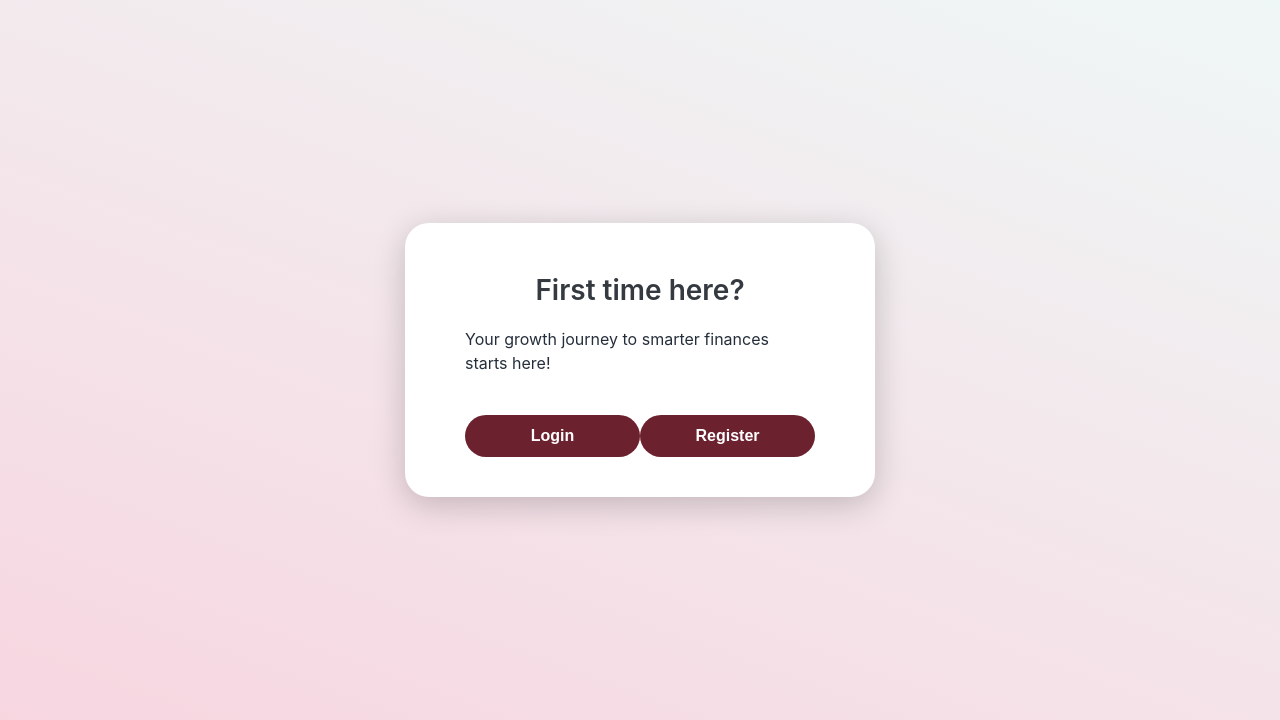
Repository: aab232/https---github.com-aab232-Deferred-Payment-Platform
Page: / (app in frontend/)
These files come from the project's save history. The page is drawn as it stood at one moment and after the next save; the edit follows.
The browser window is 1280 px wide. The pictures show the whole page.
The project was rebuilt for these pictures with package versions that can differ from the ones it lists, and the page was loaded fresh each time. Also part of the build but not shown: frontend/src/components/Register.js, frontend/src/components/Login.js, frontend/src/components/Main.js, frontend/src/components/BackButton.css, frontend/src/components/BackButton.js, frontend/src/components/Settings.js, frontend/src/components/Privacy.js, frontend/src/components/ContactUs.js and 12 more.

Above is the page before, as saved 2025-05-09 01:42:36.

### frontend/src/App.js
import React from 'react';
import { BrowserRouter as Router, Routes, Route } from 'react-router-dom';
import Home from './components/Home';
import Register from './components/Register';
import Login from './components/Login';
import Main from './components/Main';
import Settings from './components/Settings';
import Privacy from './components/Privacy';
import Contact from './components/ContactUs';
import FAQ from './components/FAQ';
import Dashboard from './components/Dashboard';
import LinkAccount from './components/LinkAccount';
import CreditHistory from './components/CreditHistory';
import Repayments from './components/Repayments';
import BufferBag from './components/BufferBag';

const App = () => {
  return (
    <Router>
      <Routes>
        <Route path="/" element={<Home />} />
        <Route path="/login" element={<Login />} />
        <Route path="/register" element={<Register />} />
        <Route path="/main" element={<Main />} />
        <Route path="/dashboard" element={<Dashboard />} />
        <Route path="/settings" element={<Settings />} />
        <Route path="/privacy" element={<Privacy />} />
        <Route path="/contact" element={<Contact />} />
        <Route path="/faq" element={<FAQ />} />
        <Route path="/link-account" element={<LinkAccount />} />
        <Route path="/credit-history" element={<CreditHistory />} />
        <Route path="/repayments" element={<Repayments />} />
        <Route path="/buffer-bag" element={<BufferBag />} />
      </Routes>
    </Router>
  );
};

export default App;

### frontend/src/components/Home.js
import React from 'react';
import { useNavigate } from 'react-router-dom';
import './Home.css';

const Home = () => {
  const navigate = useNavigate();

  return (
    <div className="container">
      <div className="card">
        <h1>First time here?</h1>
        <p>Your growth journey to smarter finances starts here!</p>
        <div className="button-group">
          <button onClick={() => navigate('/login')} className="btn">Login</button>
          <button onClick={() => navigate('/register')} className="btn">Register</button>
        </div>
      </div>
    </div>
  );
};

export default Home;

### frontend/src/components/Home.css
.container {
    display: flex;
    justify-content: center;
    align-items: center;
    height: 100vh; /* Full viewport height */
    background: linear-gradient(135deg, #252f3b, #252d3b); /* Elegant gradient */
  }

  .card {
    text-align: center;
    background: #fff;
    padding: 40px 60px;
    border-radius: 24px;
    box-shadow: 0 8px 32px rgba(0, 0, 0, 0.2);
    max-width: 350px;
    width: 100%;
  }

  h1 {
    margin-bottom: 16px;
    font-size: 28px;
    color: #252f3b;
  }

  p {
    margin-bottom: 32px;
    font-size: 16px;
    color: #555;
  }

  .button-group {
    display: flex;
    justify-content: space-between;
  }

  .btn {
    padding: 12px 24px;
    font-size: 16px;
    border: none;
    border-radius: 30px; /* Rounded buttons */
    cursor: pointer;
    transition: background 0.3s ease;
    color: white;
    background: #252f3b;
  }

  .btn:hover {
    background: #252f3b; /* Button hover effect */
  }

### frontend/src/components/Form.css
.container {
  display: flex;
  justify-content: center;
  align-items: center;
  height: 100vh;
  background: linear-gradient(200deg, #eff7f6, #F7D6E0);
}

.form-card {
  background: white;
  padding: 40px 60px;
  border-radius: 24px;
  box-shadow: 0 8px 32px rgba(0, 0, 0, 0.2);
  max-width: 400px;
  width: 100%;
  text-align: center;
}

h2 {
  color: #252f3b;
}

input {
  display: block;
  width: 100%;
  margin: 10px 0;
  padding: 12px;
  border: 1px solid #ddd;
  border-radius: 30px;
}

.btn {
  padding: 12px 24px;
  margin-top: 20px;
  border-radius: 30px;
  border: none;
  color: white;
  background: #6b212e;
  cursor: pointer;
}

.btn:hover {
  background: #a41b34;
}

.link {
  color: #6b212e;
  cursor: pointer;
}

### frontend/src/components/Main.css
.main-container {
  padding: 20px;
  font-family: -apple-system, BlinkMacSystemFont, 'Segoe UI', Roboto, Oxygen, Ubuntu, Cantarell, 'Open Sans', 'Helvetica Neue', sans-serif; /* Modern font stack */
  background-color: #f4f7f6;
  min-height: 100vh;
}

.taskbar {
  display: flex;
  justify-content: space-around;
  background: #e8a6ba;
  padding: 12px 10px;
  color: white;
  border-radius: 20px;
  margin-bottom: 30px;
  box-shadow: 0 2px 5px rgba(0, 0, 0, 0.1);
  flex-wrap: wrap;
  gap: 5px;
}

.tab {
  cursor: pointer;
  padding: 6px 12px;
  font-weight: 500;
  transition: background-color 0.2s ease, color 0.2s ease;
  white-space: nowrap;
}
.tab:hover {
    background-color: rgba(255, 255, 255, 0.15);
    border-radius: 15px;
}

.logout {
  color: #fff;
  font-weight: bold;
  background-color: #c82333;
  border-radius: 15px;
}
.logout:hover {
    background-color: #a41b34;
}

h1 {
    text-align: center;
    margin-top: 10px;
    margin-bottom: 25px;
    color: #252f3b;
    font-weight: 600;
}

.controls.filters {
  display: flex;
  gap: 20px;
  align-items: center;
  flex-wrap: wrap;
  padding: 18px 20px;
  background-color: #ffffff;
  border-radius: 12px;
  box-shadow: 0 1px 4px rgba(0, 0, 0, 0.08);
  margin-bottom: 35px;
}

.controls input[type="text"],
.controls select {
  padding: 10px 12px;
  border: 1px solid #d1d5db;
  border-radius: 6px;
  font-size: 14px;
  min-width: 150px;
}
.controls input[type="text"] {
    flex-grow: 1;
    max-width: 300px;
}
.controls select {
    cursor: pointer;
}

.price-filter {
  display: flex;
  align-items: center;
  gap: 10px;
  margin-left: auto;
}
.price-filter label {
    white-space: nowrap;
    color: #4a5568;
    font-size: 14px;
}
.price-filter input[type="range"] {
    cursor: pointer;
    width: 150px;
}

/* --- Content Area --- */
.content-area {
  padding: 0 5px;
}

/* --- Products Grid --- */
.products-container {
  display: grid;
  grid-template-columns: repeat(auto-fill, minmax(220px, 1fr));
  gap: 25px;
}

.product-card {
  border: 1px solid #e2e8f0;
  padding: 20px;
  cursor: pointer;
  background-color: white;
  border-radius: 12px;
  box-shadow: 0 2px 5px rgba(0,0,0,0.05);
  transition: transform 0.2s ease, box-shadow 0.2s ease;
  display: flex;
  flex-direction: column;
  justify-content: space-between;
  min-height: 150px;
}

.product-card:hover {
  transform: translateY(-4px);
  box-shadow: 0 5px 15px rgba(0,0,0,0.1);
}

.product-title {
    font-size: 1.05em;
    font-weight: 600;
    margin: 0 0 10px 0;
    color: #1e293b;
    line-height: 1.3;
    min-height: 2.6em;
    /* --- Text Truncation --- */
    overflow: hidden;
    text-overflow: ellipsis;
    /* -- Non-standard method (needed for multi-line) -- */
    display: -webkit-box;
    -webkit-line-clamp: 2;
    -webkit-box-orient: vertical;
    /* -- Standard property (Added this) -- */
    line-clamp: 2;
    /* --- -------------------- --- */
}


.product-price {
    font-weight: bold;
    color: #dd819a;
    font-size: 1.1em;
    margin: auto 0 0 0;
    padding-top: 10px;
    align-self: flex-start;
}


/* --- Load More Button --- */
.load-more-button {
    display: block;
    margin: 40px auto;
    padding: 12px 30px;
    font-size: 1em;
    font-weight: 500;
    cursor: pointer;
    background-color: #e8a6ba;
    color: white;
    border: none;
    border-radius: 8px;
    transition: background-color 0.2s ease, transform 0.1s ease;
}
.load-more-button:hover:not(:disabled) {
    background-color: #d190a4;
    transform: translateY(-1px);
}
.load-more-button:disabled {
    background-color: #e9ecef;
    color: #adb5bd;
    cursor: not-allowed;
    transform: none;
}

/* --- Modal Styles --- */
.product-modal-backdrop {
  position: fixed; top: 0; left: 0; width: 100%; height: 100%;
  background: rgba(0, 0, 0, 0.65);
  display: flex; justify-content: center; align-items: center;
  z-index: 1050; cursor: pointer; padding: 20px; box-sizing: border-box;
  animation: fadeIn 0.3s ease-out forwards;
}

.modal-content {
  background: white;
  padding: 30px 35px;
  max-width: 550px; width: 100%;
  border-radius: 16px;
  position: relative; cursor: default; box-shadow: 0 8px 30px rgba(0,0,0,0.25);
  max-height: 90vh; overflow-y: auto;
  text-align: center;
   animation: slideIn 0.4s ease-out forwards;
   opacity: 0;
   transform: translateY(-20px);
}

/* Keyframe animations */
@keyframes fadeIn { from { opacity: 0; } to { opacity: 1; } }
@keyframes slideIn { from { opacity: 0; transform: translateY(-20px); } to { opacity: 1; transform: translateY(0); } }


.close-button {
  cursor: pointer;
  font-size: 2em;
  position: absolute;
  top: 10px; right: 15px;
  color: #adb5bd; background: none;
  border: none;
  line-height: 1;
  padding: 0;
  transition: color 0.2s ease;
}
.close-button:hover { color: #343a40; }

.modal-content h2 { margin-top: 0; margin-bottom: 15px; color: #1e293b; font-size: 1.6em;}
.modal-price { font-size: 1.4em; font-weight: bold; color: #dd819a; margin-bottom: 25px;}

/* Modal Action Button Base Style */
.modal-action-button {
    margin: 8px 5px;
    display: inline-block; padding: 12px 25px;
    font-size: 1em; font-weight: 500;
    border: none; border-radius: 8px;
    cursor: pointer; text-decoration: none; color: white;
    transition: background-color 0.2s ease, opacity 0.2s ease, transform 0.1s ease;
    min-width: 140px;
    text-align: center;
}
.modal-action-button:hover:not(:disabled) {
     transform: translateY(-1px);
     filter: brightness(1.1);
}
.modal-action-button:disabled {
    background-color: #cccccc !important;
    color: #777 !important;
    cursor: not-allowed;
    opacity: 0.6;
}

/* Specific Button Styles */
.bnpl-button { background-color: #e8a6ba; color: #333; font-weight: 600; }
.bnpl-button:hover:not(:disabled) { background-color: #e8a6ba; }

.add-basket-button { background-color: #6c757d; }
.add-basket-button:hover:not(:disabled) { background-color: #5a6268; }

.proceed-button { background-color: #0f5132; display: block; margin: 20px auto 10px auto; }
.proceed-button:hover:not(:disabled) { background-color: #0f5132; }


/* BNPL Section & Results */
.bnpl-section { margin-top: 25px; padding-top: 20px; border-top: 1px solid #eee; }

.assessment-status { font-style: italic; color: #666; margin-top: 15px; min-height: 1.5em; /* Prevent layout shift */}

.assessment-error {
    color: #842029; font-weight: 500; margin-top: 15px;
    border: 1px solid #f5c2c7; background-color: #f8d7da;
    padding: 12px; border-radius: 6px;
}

.assessment-results { margin-top: 15px; padding: 18px; background-color: #ffc8d8; border: 1px solid #ffc8d8; border-radius: 8px; text-align: left; } /* Light blue background */
.assessment-results h4 { margin-top: 0; margin-bottom: 15px; color: #333; text-align: center; font-size: 1.1em;} /* Darker blue heading */
.assessment-approved { color: #0f5132; font-weight: bold; margin-bottom: 10px; font-size: 1.05em; text-align: center;} /* Green for approved */
.assessment-partial { color: #664d03; font-weight: 500; margin-bottom: 10px; background-color: #fff3cd; border: 1px solid #ffe69c; padding: 10px; border-radius: 6px;} /* Yellow warning style */
.term-selection { display: flex; justify-content: center; gap: 10px; margin: 15px 0 20px 0; flex-wrap: wrap; }
.term-button { padding: 8px 16px; cursor: pointer; border: 1px solid #ced4da; border-radius: 20px; background-color: #bcbcbc; transition: all 0.2s ease; font-size: 0.95em; }
.term-button:hover { background-color: #e8a6ba; border-color: #bbb; }
.term-button.selected { background-color: #e8a6ba; color: #333; border-color: #e8a6ba; font-weight: bold; transform: scale(1.05); } /* Highlight selected */
.assessment-note { font-size: 0.9em; color: #6c757d; margin-top: 20px; text-align: center; }
.link-lookalike { color: #0d6efd; text-decoration: underline; cursor: pointer; }
.link-lookalike:hover { color: #0a58ca; }


@media (max-width: 768px) {
    .controls.filters {
      flex-direction: column;
      align-items: stretch;
    }

    .price-filter {
      margin-left: 0;
      width: 100%;
    }

    .price-filter input[type="range"] {
      width: auto;
      flex-grow: 1;
    }

    .products-container {
      grid-template-columns: repeat(auto-fill, minmax(180px, 1fr));
      gap: 15px;
    }

    .product-card {
      padding: 15px;
    }

    .modal-content {
      padding: 25px 20px;
    }
}

@media (max-width: 480px) {
    .products-container {
      grid-template-columns: 1fr;
    }

    .taskbar {
      flex-wrap: wrap;
      justify-content: center;
      gap: 5px;
      padding: 10px 5px;
    }

    .tab {
      padding: 4px 8px;
      font-size: 0.9em;
    }

    .modal-content h2 {
      font-size: 1.4em;
    }

    .modal-price {
      font-size: 1.2em;
    }

    .modal-action-button {
      width: 100%;
      margin: 6px 0;
    }

    .term-selection {
      gap: 8px;
    }

    .term-button {
      padding: 6px 12px;
      font-size: 0.9em;
    }
}

### frontend/src/components/Settings.css
.settings-container {
  display: flex;
  flex-direction: column;
  align-items: center;
  padding: 40px 20px;
  background: #f8f9fa;
  min-height: 100vh;
}

h1 {
  color: #343a40;
  margin-bottom: 20px;
}

.menu {
  display: flex;
  gap: 20px;
  margin-bottom: 40px;
}

.menu button {
  padding: 10px 20px;
  border: none;
  border-radius: 8px;
  cursor: pointer;
  transition: background 0.3s ease;
  font-weight: bold;
  background: #007bff;
  color: white;
}

.menu .danger {
  background: #dc3545;
}

.menu button:hover {
  opacity: 0.8;
}

/* Dropdown styling */
.dropdown {
  display: flex;
  flex-direction: column;
  gap: 10px;
  margin-top: 20px;
}

.dropdown button {
  padding: 8px 16px;
  border: none;
  border-radius: 8px;
  background: #6c757d;
  color: white;
  cursor: pointer;
  transition: background 0.3s ease;
}

.dropdown button:hover {
  background: #495057;
}

/* Section Styling */
.section {
  width: 100%;
  max-width: 600px;
  background: white;
  padding: 30px;
  border-radius: 16px;
  box-shadow: 0 8px 24px rgba(0, 0, 0, 0.1);
  margin-top: 20px;
}

h2 {
  color: #495057;
  margin-bottom: 20px;
}

input {
  width: 100%;
  padding: 12px;
  margin-bottom: 15px;
  border: 1px solid #ced4da;
  border-radius: 8px;
  font-size: 14px;
}

button {
  padding: 12px 20px;
  border: none;
  border-radius: 8px;
  cursor: pointer;
  background: #28a745;
  color: white;
  font-weight: bold;
}

button:hover {
  opacity: 0.9;
}

.info {
  margin-top: 20px;
  color: #6c757d;
}

### frontend/src/components/Privacy.css
.container {
    display: flex;
    justify-content: center;
    align-items: center;
    height: 100vh;
    background: linear-gradient(200deg, #eff7f6, #F7D6E0);
  }

  .form-card {
    background: white;
    padding: 40px 60px;
    border-radius: 24px;
    box-shadow: 0 8px 32px rgba(0, 0, 0, 0.2);
    max-width: 400px;
    width: 100%;
  }

  h2 {
    color: #252f3b;
    font-size: 24px;
    margin-bottom: 20px;
  }

  p {
    color: #252f3b;
    font-size: 16px;
    line-height: 1.5;
    margin-bottom: 20px;
    text-align: left;
  }

  .btn {
    padding: 12px 24px;
    margin-top: 20px;
    border-radius: 30px;
    border: none;
    color: white;
    background: #6b212e;
    cursor: pointer;
    width: 100%;
  }

  .btn:hover {
    background: #a41b34;
  }

  .link {
    color: #6b212e;
    cursor: pointer;
    text-decoration: underline;
    display: inline-block;
    margin-top: 10px;
  }

  .link:hover {
    color: #a41b34;
  }

  .privacy-container {
    text-align: left;
    margin-top: 20px;
  }

  .request-data-btn {
    padding: 10px 20px;
    margin-top: 15px;
    background-color: #6b212e;
    color: white;
    border: none;
    border-radius: 30px;
    cursor: pointer;
    font-size: 16px;
    width: 100%;
  }

  .request-data-btn:hover {
    background-color: #a41b34;
  }

### frontend/src/components/ContactUs.css
.form-group {
    margin-bottom: 20px; /* Spacing between form fields */
    text-align: left;   /* Ensure labels align left */
  }

  .form-group label {
    display: block;     /* Make label take its own line */
    margin-bottom: 8px; /* Space between label and input */
    color: #333;      /* Label color */
    font-size: 14px;    /* Label font size */
    font-weight: bold;  /* Make labels stand out */
  }

  .form-group input[type="text"],
  .form-group input[type="email"],
  .form-group textarea {
    width: 100%;                /* Make inputs fill the card width */
    padding: 12px;              /* Padding inside inputs */
    border: 1px solid #ccc;     /* Subtle border */
    border-radius: 8px;         /* Slightly rounded corners for inputs */
    box-sizing: border-box;     /* Include padding/border in element's total width/height */
    font-size: 14px;            /* Font size inside inputs */
    margin-top: 0;              /* Remove any default browser margin */
  }

  .form-group textarea {
    resize: vertical;           /* Allow vertical resize only */
    min-height: 120px;          /* Ensure textarea has a decent default height */
  }

  /* Optional: Style for focus state */
  .form-group input[type="text"]:focus,
  .form-group input[type="email"]:focus,
  .form-group textarea:focus {
    border-color: #6b212e; /* Highlight border with theme color on focus */
    outline: none;           /* Remove default browser outline */
    box-shadow: 0 0 0 2px rgba(107, 33, 46, 0.2); /* Subtle glow effect */
  }

  /* Optional: Style for placeholder text */
  ::placeholder { /* Chrome, Firefox, Opera, Safari 10.1+ */
    color: #aaa;
    opacity: 1; /* Firefox */
  }

  :-ms-input-placeholder { /* Internet Explorer 10-11 */
    color: #aaa;
  }

  ::-ms-input-placeholder { /* Microsoft Edge */
    color: #aaa;
  }

### frontend/src/components/SpendingLimit.css
.spending-limit-container {
    display: flex;
    justify-content: center;
    align-items: flex-start; /* Align to top for longer content */
    padding-top: 30px; /* Add some padding at the top */
    padding-bottom: 30px;
    min-height: 80vh; /* Ensure it takes up reasonable height */
}

/* .form-card styling can be inherited if global, or defined here */
.form-card { /* Assuming this is a common class from other components */
    background-color: #ffffff;
    padding: 25px 30px;
    border-radius: 8px;
    box-shadow: 0 4px 12px rgba(0, 0, 0, 0.1);
    width: 100%;
    max-width: 550px; /* Adjust as needed */
    text-align: left; /* Default text alignment for content inside */
}

.current-limits-info {
    background-color: #f8f9fa;
    border: 1px solid #e9ecef;
    border-radius: 5px;
    padding: 15px;
    margin-bottom: 25px;
}

.current-limits-info p {
    margin: 8px 0;
    font-size: 0.95rem;
    color: #333;
}

.current-limits-info strong {
    color: #007bff; /* Or your theme's primary color */
}

.limit-info-note {
    font-size: 0.85rem !important; /* Ensure this is smaller */
    color: #6c757d !important; /* Muted color */
    margin-top: 10px !important;
}

.spending-limit-form label {
    display: block;
    margin-bottom: 8px;
    font-weight: bold;
    color: #495057;
}

.form-input { /* Assuming this is a common class from other components */
    width: 100%;
    padding: 10px 12px;
    margin-bottom: 15px;
    border: 1px solid #ced4da;
    border-radius: 4px;
    box-sizing: border-box; /* Important for width */
    font-size: 1rem;
}

.form-input:focus {
    border-color: #80bdff;
    outline: 0;
    box-shadow: 0 0 0 0.2rem rgba(0, 123, 255, 0.25);
}


.button-group {
    display: flex;
    gap: 10px; /* Space between buttons */
    margin-top: 10px;
}

.btn { /* Assuming a common .btn class */
    padding: 10px 15px;
    border: none;
    border-radius: 4px;
    cursor: pointer;
    font-size: 0.95rem;
    font-weight: 500;
    transition: background-color 0.2s ease-in-out, box-shadow 0.2s ease-in-out;
}

.action-button { /* For the main set/update button */
    background-color: #007bff;
    color: white;
    flex-grow: 1; /* Takes available space */
}

.action-button:hover {
    background-color: #0056b3;
}

.remove-button {
    background-color: #dc3545;
    color: white;
    flex-grow: 1; /* Takes available space */
}

.remove-button:hover {
    background-color: #c82333;
}

.btn:disabled {
    background-color: #6c757d;
    cursor: not-allowed;
    opacity: 0.7;
}


.message {
    padding: 10px;
    border-radius: 4px;
    margin-top: 15px;
    text-align: center;
    font-weight: 500;
}

.message.success {
    background-color: #d4edda;
    color: #155724;
    border: 1px solid #c3e6cb;
}

.message.error {
    background-color: #f8d7da;
    color: #721c24;
    border: 1px solid #f5c6cb;
}
.message.info {
    background-color: #cce5ff;
    color: #004085;
    border: 1px solid #b8daff;
}

.small-text {
    font-size: 0.8rem;
    color: #6c757d;
    margin-top: -10px;
    margin-bottom: 15px;
}

Loaded but not shown: frontend/public/index.html (common file); frontend/src/index.js (common file); frontend/src/index.css (common file)

After the next save:
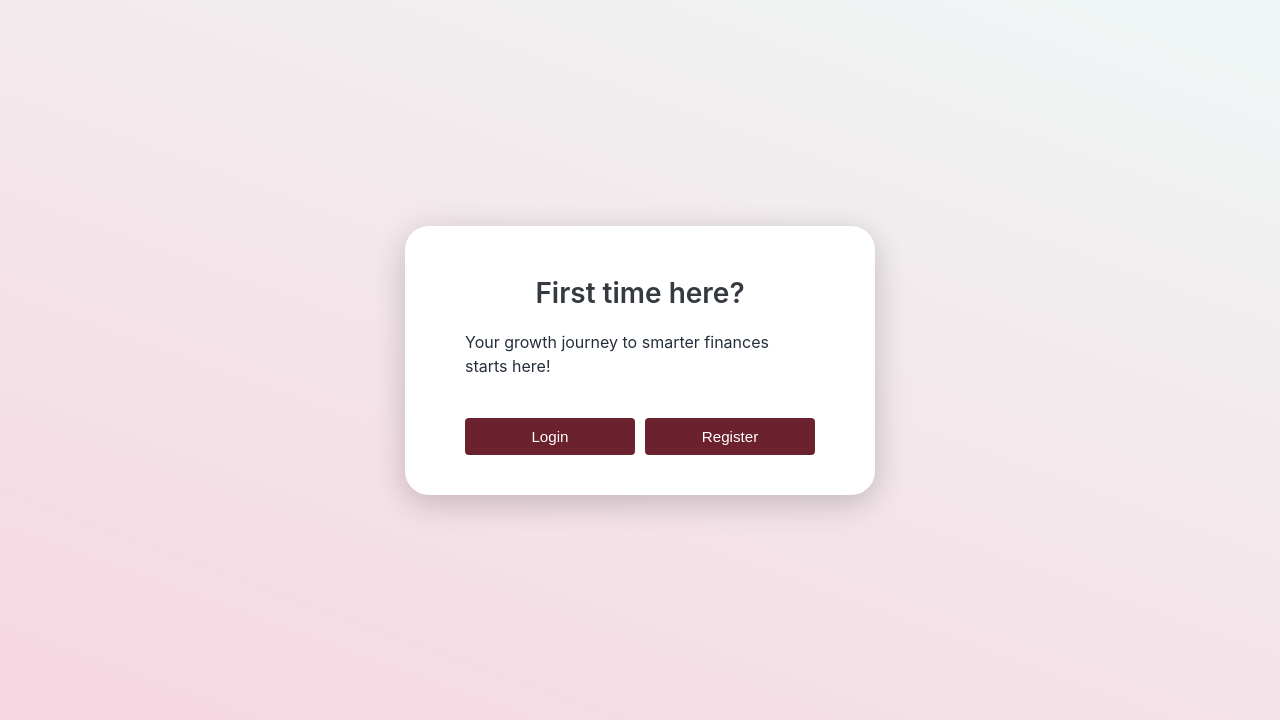
Saved 46 s later.
--- a/frontend/src/App.js
+++ b/frontend/src/App.js
@@ -13,6 +13,7 @@ import LinkAccount from './components/LinkAccount';
 import CreditHistory from './components/CreditHistory';
 import Repayments from './components/Repayments';
 import BufferBag from './components/BufferBag';
+import SpendingLimit from './components/SpendingLimit';
 
 const App = () => {
   return (
@@ -31,6 +32,7 @@ const App = () => {
         <Route path="/credit-history" element={<CreditHistory />} />
         <Route path="/repayments" element={<Repayments />} />
         <Route path="/buffer-bag" element={<BufferBag />} />
+        <Route path="/spending-limit" element={<SpendingLimit />} />
       </Routes>
     </Router>
   );
